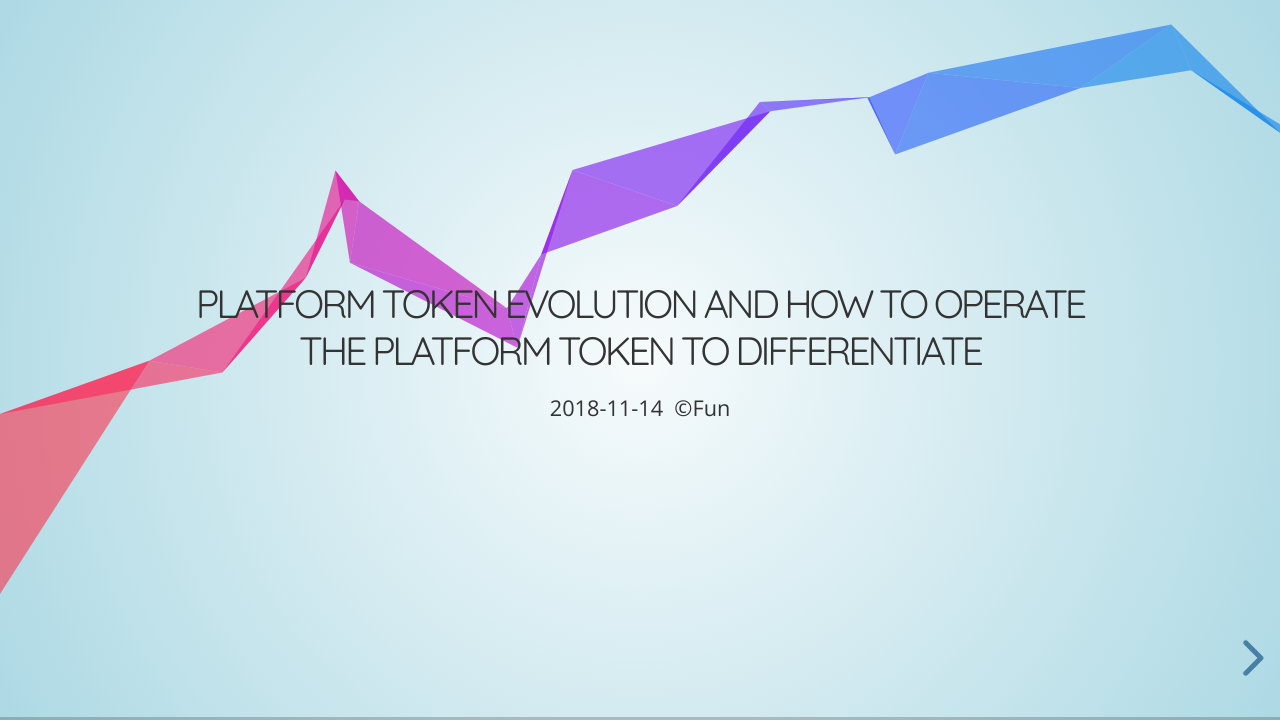
Repository: RickFang666/reveal-ppt
Page: index.html
These files come from the project's save history. The page is drawn as it stood at one moment and after the next save; the edit follows.
The browser window is 1280 px wide. The pictures show the whole page.

Above is the page before, as saved 2018-11-13 14:33:04.

After the next save:
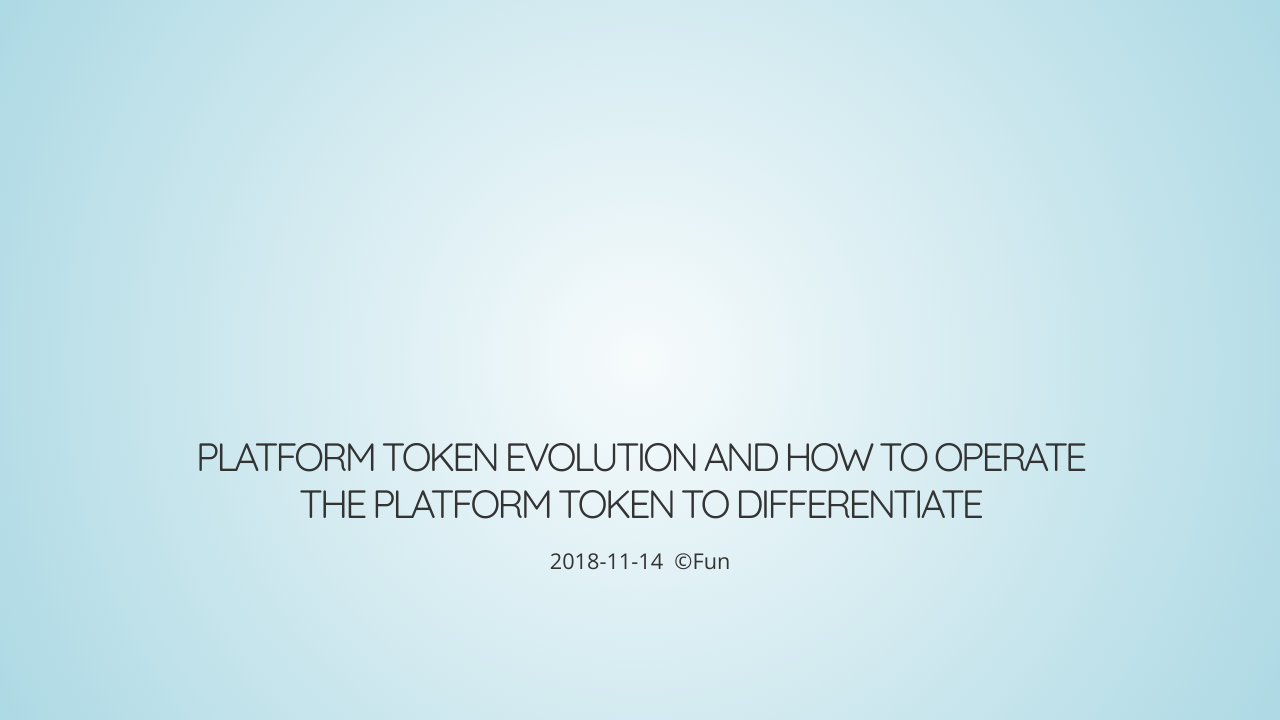
Saved 3 min 43 s later.
--- a/index.html
+++ b/index.html
@@ -26,17 +26,35 @@
       	document.getElementsByTagName('head')[0].appendChild(link);
       </script>
     -->
-    <style>
-      canvas {
-        position: absolute;
-        top: 0;
-        left: 0;
-        z-index: 1;
-        width: 100%;
-        height: 100%;
-        pointer-events: none;
-      }
-    </style>
+    <script
+      type="text/javascript"
+      color="255,0,0"
+      opacity="0.6"
+      zIndex="-2"
+      count="99"
+      src="//cdn.bootcss.com/canvas-nest.js/1.0.1/canvas-nest.min.js"
+    ></script>
+    <script
+      type="text/javascript"
+      color="0,0,255"
+      opacity="0.6"
+      zIndex="-10"
+      count="99"
+      src="//cdn.bootcss.com/canvas-nest.js/1.0.1/canvas-nest.min.js"
+    ></script>
+    <!--
+      <style>
+        canvas {
+          position: absolute;
+          top: 0;
+          left: 0;
+          z-index: 1;
+          width: 100%;
+          height: 100%;
+          pointer-events: none;
+        }
+      </style>
+    -->
   </head>
 
   <body>
@@ -545,60 +563,62 @@
         <section><h2>Thank you !</h2></section>
       </div>
     </div>
-    <script>
-      document.addEventListener('touchmove', function(e) {
-        e.preventDefault()
-      })
-      var c = document.getElementsByTagName('canvas')[0],
-        x = c.getContext('2d'),
-        pr = window.devicePixelRatio || 1,
-        w = window.innerWidth,
-        h = window.innerHeight,
-        f = 90,
-        q,
-        m = Math,
-        r = 0,
-        u = m.PI * 2,
-        v = m.cos,
-        z = m.random
-      c.width = w * pr
-      c.height = h * pr
-      x.scale(pr, pr)
-      x.globalAlpha = 0.6
-      function i() {
-        x.clearRect(0, 0, w, h)
-        q = [{ x: 0, y: h * 0.7 + f }, { x: 0, y: h * 0.7 - f }]
-        while (q[1].x < w + f) d(q[0], q[1])
-      }
-      function d(i, j) {
-        x.beginPath()
-        x.moveTo(i.x, i.y)
-        x.lineTo(j.x, j.y)
-        var k = j.x + (z() * 2 - 0.25) * f,
-          n = y(j.y)
-        x.lineTo(k, n)
-        x.closePath()
-        r -= u / -50
-        x.fillStyle =
-          '#' +
-          (
-            ((v(r) * 127 + 128) << 16) |
-            ((v(r + u / 3) * 127 + 128) << 8) |
-            (v(r + (u / 3) * 2) * 127 + 128)
-          ).toString(16)
-        x.fill()
-        q[0] = q[1]
-        q[1] = { x: k, y: n }
-      }
-      function y(p) {
-        var t = p + (z() * 2 - 1.1) * f
-        return t > h || t < 0 ? y(p) : t
-      }
-      document.onclick = i
-      document.ontouchstart = i
-      document.onkeydown = i
-      i()
-    </script>
+    <!--
+      <script>
+        document.addEventListener('touchmove', function(e) {
+          e.preventDefault()
+        })
+        var c = document.getElementsByTagName('canvas')[0],
+          x = c.getContext('2d'),
+          pr = window.devicePixelRatio || 1,
+          w = window.innerWidth,
+          h = window.innerHeight,
+          f = 90,
+          q,
+          m = Math,
+          r = 0,
+          u = m.PI * 2,
+          v = m.cos,
+          z = m.random
+        c.width = w * pr
+        c.height = h * pr
+        x.scale(pr, pr)
+        x.globalAlpha = 0.6
+        function i() {
+          x.clearRect(0, 0, w, h)
+          q = [{ x: 0, y: h * 0.7 + f }, { x: 0, y: h * 0.7 - f }]
+          while (q[1].x < w + f) d(q[0], q[1])
+        }
+        function d(i, j) {
+          x.beginPath()
+          x.moveTo(i.x, i.y)
+          x.lineTo(j.x, j.y)
+          var k = j.x + (z() * 2 - 0.25) * f,
+            n = y(j.y)
+          x.lineTo(k, n)
+          x.closePath()
+          r -= u / -50
+          x.fillStyle =
+            '#' +
+            (
+              ((v(r) * 127 + 128) << 16) |
+              ((v(r + u / 3) * 127 + 128) << 8) |
+              (v(r + (u / 3) * 2) * 127 + 128)
+            ).toString(16)
+          x.fill()
+          q[0] = q[1]
+          q[1] = { x: k, y: n }
+        }
+        function y(p) {
+          var t = p + (z() * 2 - 1.1) * f
+          return t > h || t < 0 ? y(p) : t
+        }
+        document.onclick = i
+        document.ontouchstart = i
+        document.onkeydown = i
+        i()
+      </script>
+    -->
     <script src="lib/js/head.min.js"></script>
     <script src="js/reveal.js"></script>
 
